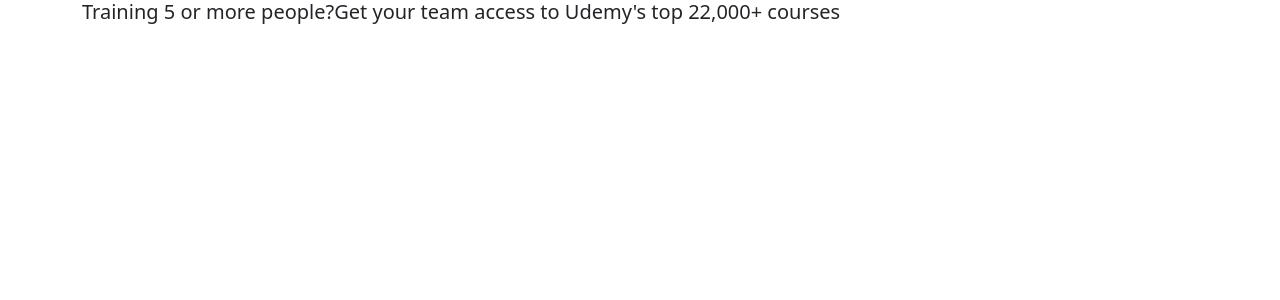
Repository: Taniafdes/newProject
Page: /division/division
An editor plug-in stored every save of this project. The page is shown before and after a run of saves, followed by the edit.
The browser window is 1280 px wide. The pictures show the whole page.
The project was rebuilt for these pictures with package versions that can differ from the ones it lists, and the page was loaded fresh each time. The framework's server and built-in components were replaced by stand-ins that run in the browser. Also part of the build but not shown: next.config.js.

Above is the page before, as saved 2023-06-15 15:37:22.

After the next 2 saves:
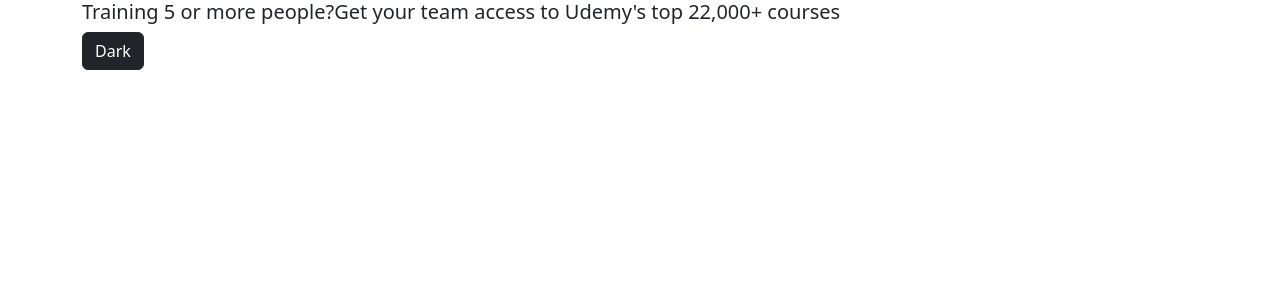
The 2 saves are shown as one change because they came seconds apart.
The last was saved 29 s later.
--- a/pages/division/division.js
+++ b/pages/division/division.js
@@ -7,6 +7,7 @@
    <div>
     <Container>
         <h5>Training 5 or more people?Get your team access to Udemy's top 22,000+ courses</h5>
+        <Button variant="dark">Dark</Button>
 
     </Container>
    </div>
